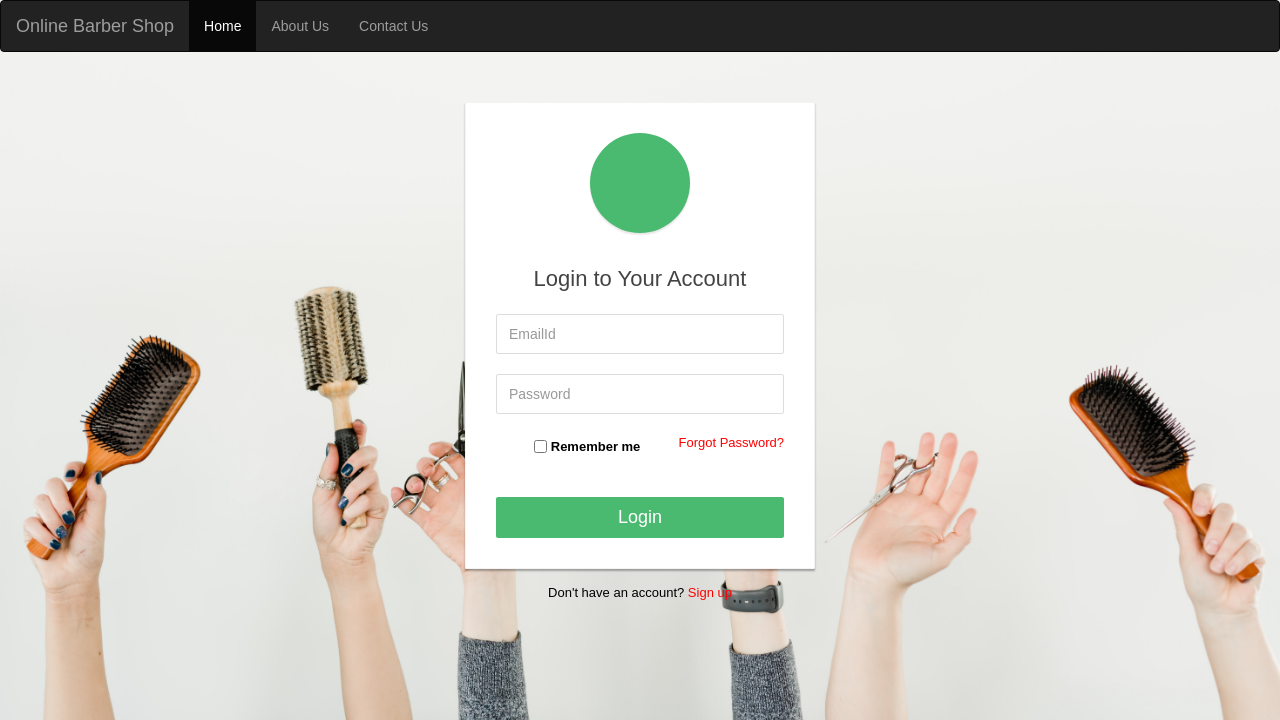
Repository: Mithil-Chavan/OnlineBarbershopManagementSystem
Page: http://localhost/OnlineBarberShop/WEB-INF/views/user/login.jsp
The author's editor kept a copy of each file at every save. The page is drawn from the files as they stood at one save, then again after the next save.
The browser window is 1280 px wide. The pictures show the whole page.
Some web fonts or font styles are not loaded; a fallback is used. The page is served by Tomcat 9. Nobody is signed in. Other server files are loaded and not shown. The template is opened directly, without the code that normally fills it, so the values that code supplies are empty.

Above is the page before, as saved 2021-03-24 19:55:11.

### OnlineBarberShop/OnlineBarberShop/src/main/webapp/WEB-INF/views/user/login.jsp
<%@ page language="java" contentType="text/html; charset=ISO-8859-1"
	pageEncoding="ISO-8859-1"%>



<!DOCTYPE html>
<html lang="en">
<head>
  <title>Online Barber Shop</title>
  <meta charset="utf-8">
<meta name="viewport" content="width=device-width, initial-scale=1, shrink-to-fit=no">
<title>Login form</title>
<link rel="stylesheet" href="https://fonts.googleapis.com/css?family=Merienda+One">
<link rel="stylesheet" href="https://stackpath.bootstrapcdn.com/bootstrap/3.4.1/css/bootstrap.min.css">
<link rel="stylesheet" href="https://fonts.googleapis.com/icon?family=Material+Icons">
<link rel="stylesheet" href="https://maxcdn.bootstrapcdn.com/font-awesome/4.7.0/css/font-awesome.min.css">
<script src="https://code.jquery.com/jquery-3.5.1.min.js"></script>
<script src="https://cdn.jsdelivr.net/npm/popper.js@1.16.0/dist/umd/popper.min.js"></script>
<script src="https://stackpath.bootstrapcdn.com/bootstrap/4.5.0/js/bootstrap.min.js"></script>
<style>
body {
	color: #FF0000;
		/* background: #95a5ab; */
		background: url("http://localhost:8080/login.jpg")no-repeat;
	background-size: cover;
	background-position: center;
	width:100%; height:650px;
	font-family: 'Varela Round', sans-serif;
}
.form-control {
	box-shadow: none;
	border-color: #ddd;
}
.form-control:focus {
	border-color: #4aba70;
}
.login-form {
	width: 350px;
	margin: 0 auto;
	padding: 30px 0;
}
.login-form form {
	color: #434343;
	border-radius: 1px;
	margin-bottom: 15px;
	background: #fff;
	border: 1px solid #f3f3f3;
	box-shadow: 0px 2px 2px rgba(0, 0, 0, 0.3);
	padding: 30px;
}
.login-form h4 {
	text-align: center;
	font-size: 22px;
	margin-bottom: 20px;
}
.login-form .avatar {
	color: #fff;
	margin: 0 auto 30px;
	text-align: center;
	width: 100px;
	height: 100px;
	border-radius: 50%;
	z-index: 9;
	background: #4aba70;
	padding: 15px;
	box-shadow: 0px 2px 2px rgba(0, 0, 0, 0.1);
}
.login-form .avatar i {
	font-size: 62px;
}
.login-form .form-group {
	margin-bottom: 20px;
}
.login-form .form-control, .login-form .btn {
	min-height: 40px;
	border-radius: 2px;
	transition: all 0.5s;
}
.login-form .close {
	position: absolute;
	top: 15px;
	right: 15px;
}
.login-form .btn, .login-form .btn:active {
	background: #4aba70 !important;
	border: none;
	line-height: normal;
}
.login-form .btn:hover, .login-form .btn:focus {
	background: #42ae68 !important;
}
.login-form .checkbox-inline {
	float: left;
}
.login-form input[type="checkbox"] {
	position: relative;
	top: 2px;
}
.login-form .forgot-link {
	float: right;
}
.login-form .small {
color:#000000;
	font-size: 13px;
	padding-bottom: 15px;
	text-align: center;
}
.login-form a {
	color: #ff0000;
}
</style>
</head>
<body>

<nav class="navbar navbar-inverse">
  <div class="container-fluid">
    <div class="navbar-header">
      <a class="navbar-brand" >Online Barber Shop</a>
    </div>
    <ul class="nav navbar-nav">
      <li class="active"><a href="/">Home</a></li>
        <li><a href="#">About Us</a></li>
      <li><a href="#">Contact Us</a></li>
    </ul>

  </div>
</nav>


<div class="login-form">
    <form  method="post">
		<div class="avatar"><i class="material-icons">&#xE7FF;</i></div>
		<h4 >${requestScope.mesg}</h4>
    	<h4 class="modal-title">Login to Your Account</h4>
        <div class="form-group">
            <input type="text" class="form-control" name="em" placeholder="EmailId" required="required">
        </div>
        <div class="form-group">
            <input type="password" class="form-control" name="pass" placeholder="Password" required="required">
        </div>
        <div class="form-group small clearfix">
            <label class="form-check-label"><input type="checkbox"> Remember me</label>
            <a href="#" class="forgot-link">Forgot Password?</a>
        </div>
        <input type="submit" class="btn btn-primary btn-block btn-lg" value="Login">
    </form>
    <div class="text-center small">Don't have an account? <a href="/user/register">Sign up</a></div>
</div>




</body>
</html>

After the next save:
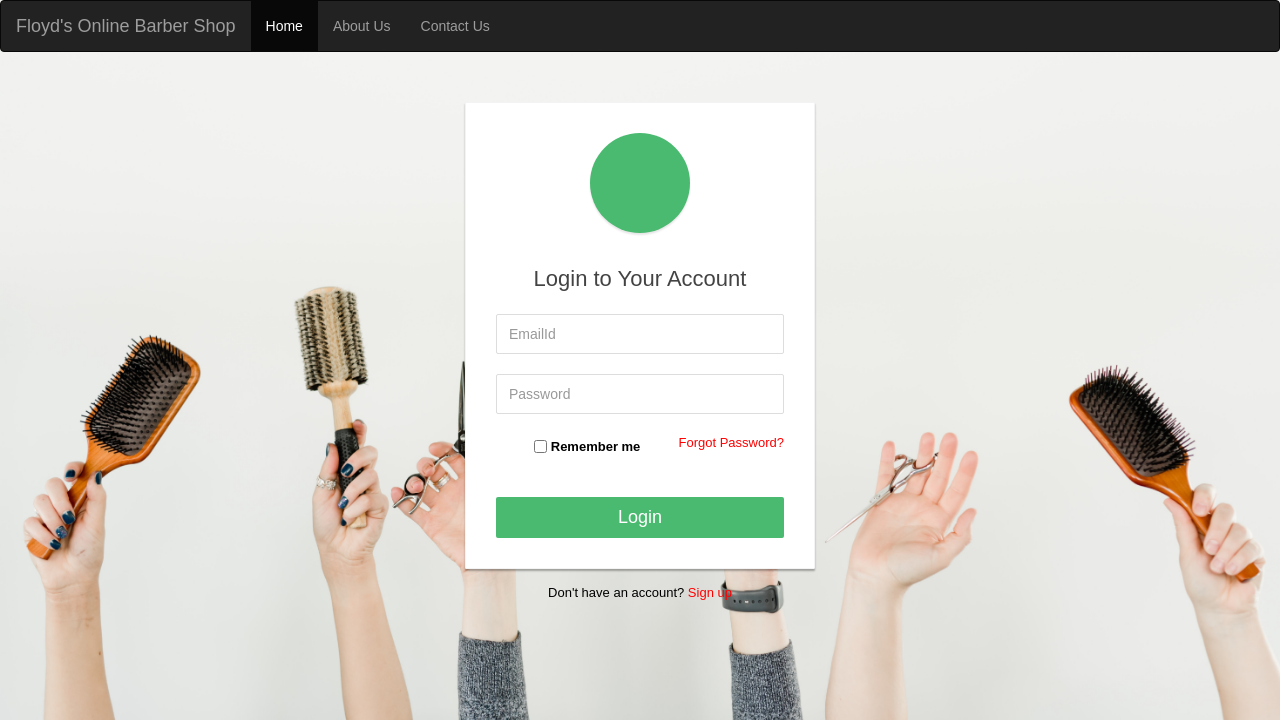
Saved 88 s later.
--- a/OnlineBarberShop/OnlineBarberShop/src/main/webapp/WEB-INF/views/user/login.jsp
+++ b/OnlineBarberShop/OnlineBarberShop/src/main/webapp/WEB-INF/views/user/login.jsp
@@ -115,7 +115,7 @@ color:#000000;
 <nav class="navbar navbar-inverse">
   <div class="container-fluid">
     <div class="navbar-header">
-      <a class="navbar-brand" >Online Barber Shop</a>
+      <a class="navbar-brand" >Floyd's Online Barber Shop</a>
     </div>
     <ul class="nav navbar-nav">
       <li class="active"><a href="/">Home</a></li>
